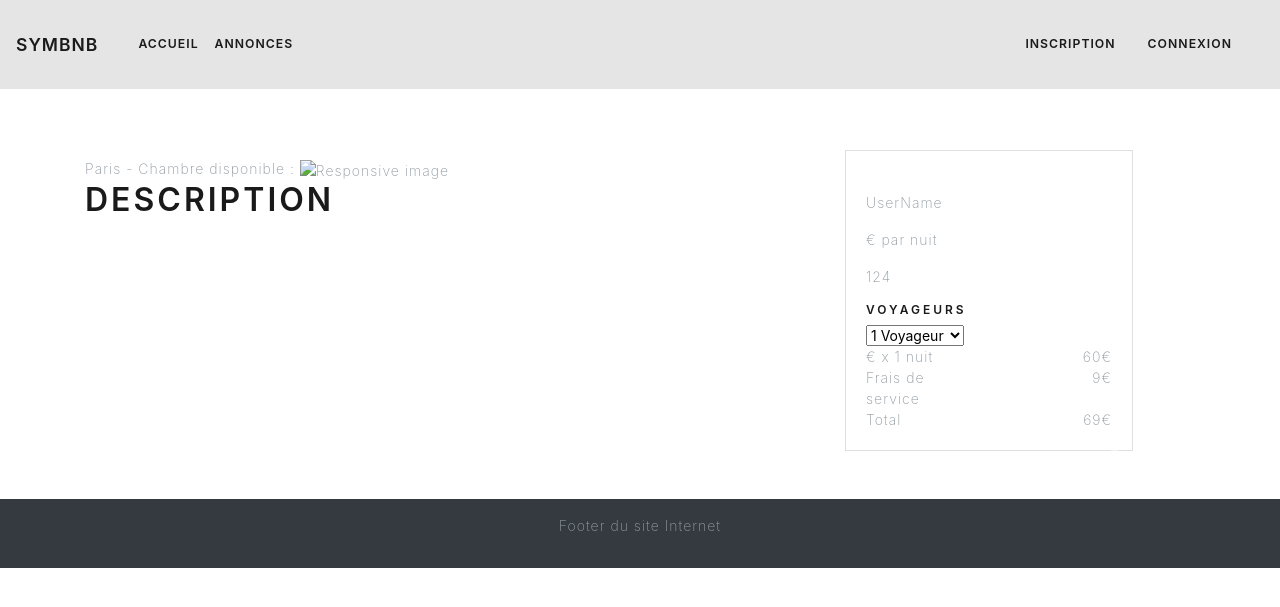
Repository: buzzEclair/symbnb
Page: templates/ad/show.html.twig
An editor plug-in stored every save of this project. The page is shown before and after the next save, followed by the edit.
The browser window is 1280 px wide. The pictures show the whole page.
Some web fonts or font styles are not loaded; a fallback is used. The page is a Twig template of a Symfony application; nobody is signed in and links lead nowhere. The template is opened directly, without the code that normally fills it, so the values that code supplies are empty.

Above is the page before, as saved 2019-03-04 14:31:02.

After the next save:
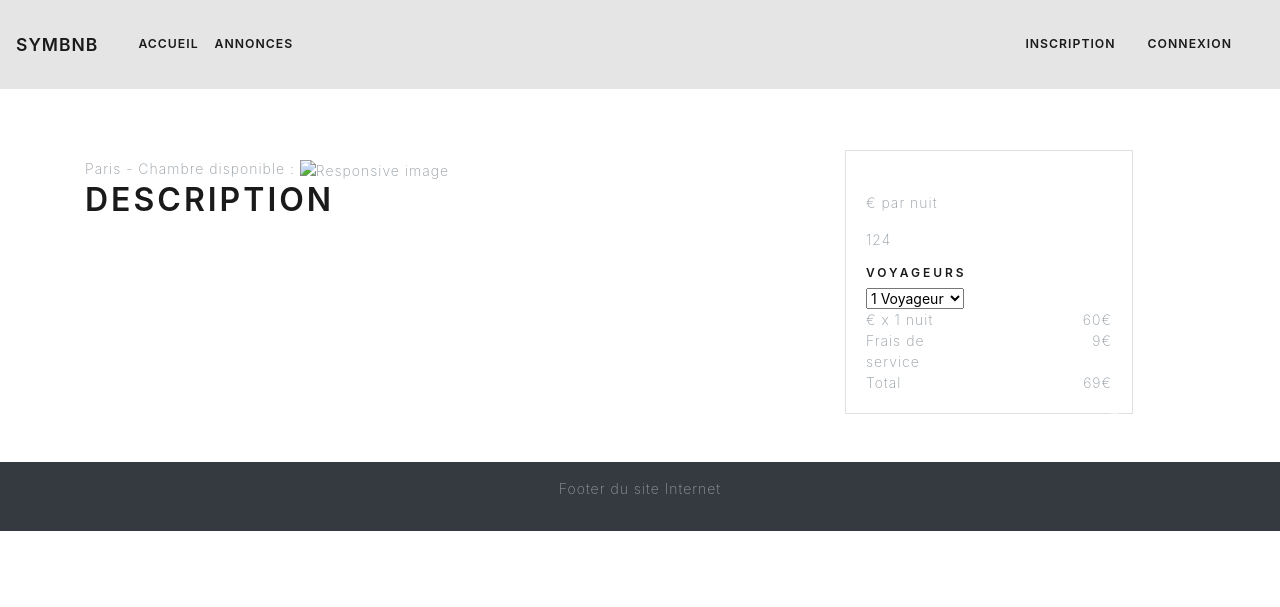
Saved 15 s later.
--- a/templates/ad/show.html.twig
+++ b/templates/ad/show.html.twig
@@ -26,7 +26,7 @@
                         <div class="row">
                             <div class="col-4"><img class="rounded-circle w-25" src="{{ad.author.picture}}" alt=""></div>
                         </div>
-                        <p> UserName</p>
+
                         <p class="card-info-1">
                             <span class="card-parameter-price">{{ ad.price }}</span> € par nuit
                         </p>
